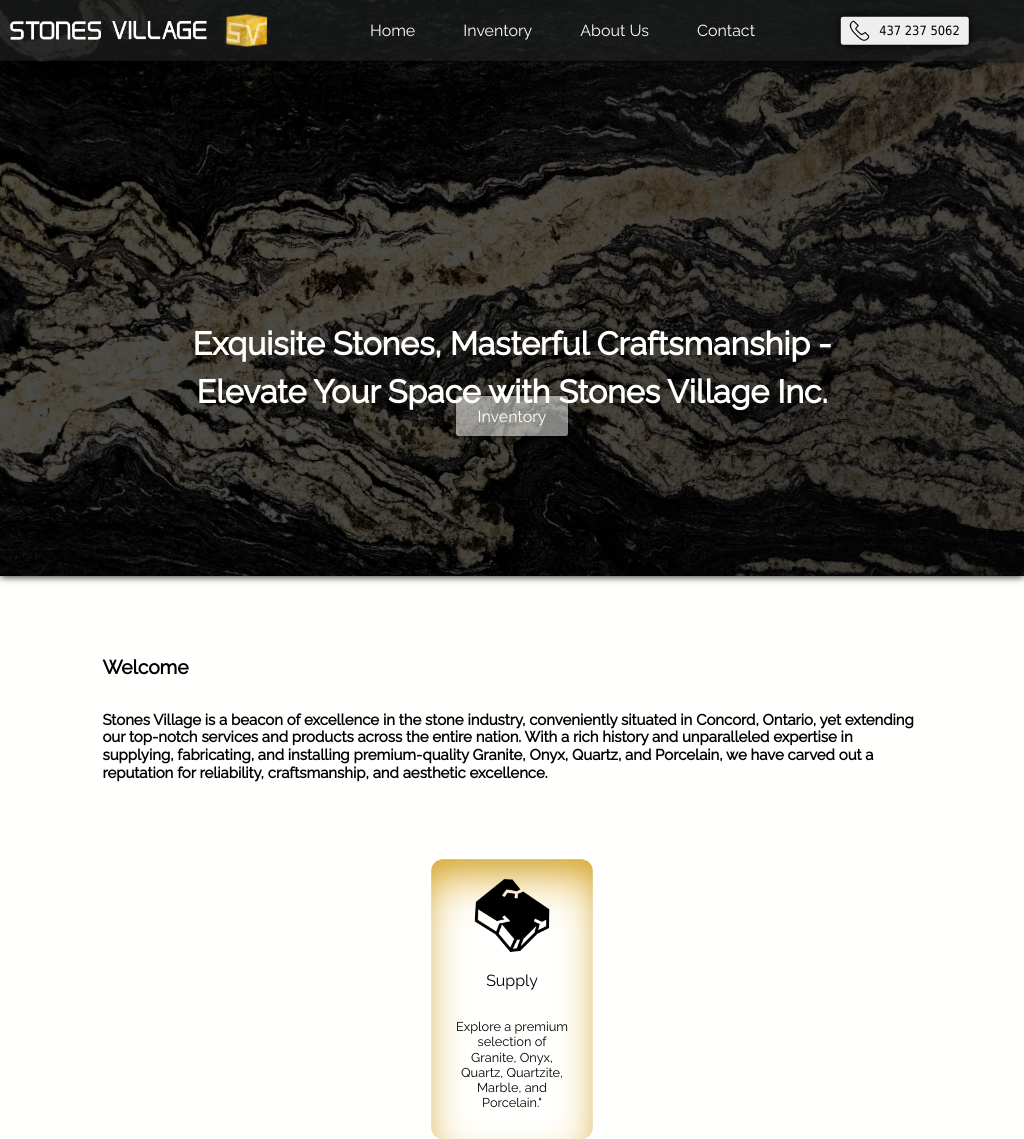
Repository: shayanabedi98/Stones-Village
Page: index.html
An editor plug-in stored every save of this project. The page is shown before and after the next save, followed by the edit.
The browser window is 1280 px wide. The pictures show the whole page, at 80% of full size.
Backgrounds fixed to the window are drawn as part of the page.

Above is the page before, as saved 2023-10-22 16:44:07.

### index.html
<!DOCTYPE html>
<html lang="en">
<head>
    <meta charset="UTF-8">
    <meta name="viewport" content="width=device-width, initial-scale=1.0">
    <title>Stones Village | Home</title>
    <link rel="preconnect" href="https://fonts.googleapis.com">
    <link rel="preconnect" href="https://fonts.gstatic.com" crossorigin>
    <link href="https://fonts.googleapis.com/css2?family=Raleway&display=swap" rel="stylesheet">
    <link rel="stylesheet" href="styles.css">
</head>
<body>
    <div class="grid-container">
        <div class="navbar">
            <div class="logo">
                <img id="logo-name" src="./resources/sv-name.png" alt="Company name">
                <img id="logo-cube" src="./resources/sv-cube.png" alt="Company logo">
            </div>
            <div class="navbar-menu">
                <ul>
                    <li><a href="./">Home</a></li>
                    <li><a href="./inventory">Inventory</a></li>
                    <li><a href="./about-us">About Us</a></li>
                    <li><a href="./contact">Contact</a></li>
                </ul>
            </div>
            <div class="navbar-tel">
                <button><a href="tel:+14372375062">
                    <img src="./resources/telephone-svgrepo-com.png" alt="Contact By Number">
                    437 237 5062
                </a></button>
            </div>
        </div>
        <div class="banner">
            <!-- Background Image -->
        </div>
        <div class="banner-overlay">
            <h1>Exquisite Stones, Masterful Craftsmanship - Elevate Your Space with Stones Village Inc.</h1>
            <button>Inventory</button>
        </div>
        <div class="services-container">
            <h2>Welcome</h2>
            <h3>Stones Village is a beacon of excellence in the stone industry, conveniently situated in Concord, Ontario, yet extending our top-notch services and products across the entire nation. With a rich history and unparalleled expertise in supplying, fabricating, and installing premium-quality Granite, Onyx, Quartz, and Porcelain, we have carved out a reputation for reliability, craftsmanship, and aesthetic excellence.</h3>
            <div class="card-container">
                <div class="card">
                    <img src="./resources/stone-tablet-svgrepo-com.png" alt="Icon of Stone Slab">
                    <div class="card-text">
                        <p class="card-name">Supply</p>
                        <p class="card-description">Explore a premium selection of Granite, Onyx, Quartz, Quartzite, Marble, and Porcelain."</p>
                    </div>
                </div>
            </div>

            <!-- Free Quotations
Stonica Group Inc. offers no-obligation, comprehensive quotes for all project sizes. Our experts provide a detailed cost estimate, ensuring transparency and no hidden charges.


Measurements
We use advanced tools for precise project measurements, considering the environment and potential challenges to ensure seamless integration of our fabrications into your space.


Fabrication
Our high-quality fabrication service is handled by a skilled team and cutting-edge facilities. We handle various materials and complexities, ensuring the finished product meets the highest industry standards.


Installation
Our trained professionals carry out careful and precise installations. We also perform comprehensive checks post-installation, ensuring a perfect fit and function. Your satisfaction is our ultimate goal. -->
        </div>
    </div>
    <script src="./index.js"></script>
</body>
</html>

### styles.css
body {
    background-color: #FFFFFE;
    color: #000000;
    font-family: 'Raleway', sans-serif;
    margin: 0;
    padding: 0;
}

.navbar {
    display: grid;
    grid-template-columns: 0.5fr 1fr 0.5fr;
    background-color: rgba(29, 31, 31, 0.7);
    box-shadow: 0 0 5px 0 rgb(0, 0, 0);
    padding: 10px;
    position: fixed;
    width: 100%;
    z-index: 1;
}

.logo {
    display: flex;
    align-items: center;
    justify-content: center;
}

#logo-cube {
    height: 42px;
    margin-left: 20px;
    cursor: pointer;
}

#logo-name {
    height: 28px;
    cursor: pointer;
}

.navbar-menu {
    display: grid;
    align-items: end;
}

.navbar-menu ul {
    display: flex;
    align-content: center;
    justify-content: center;
    list-style-type: none;
}

.navbar-menu a {
    text-decoration: none;
    color: #FFFFFE;
    font-size: 20px;
    margin-left: 60px;
}

.navbar-menu a:hover {
    color: #E0B739;
    transition: 0.3s;
    border-bottom: 8px solid #E0B739;
}

.navbar-menu a:not(:hover) {
    color: #FFFFFE;
    border-bottom: 0px;
    transition: 0.3s;
}

.navbar-tel {
    display: flex;
    justify-content: center;
    align-items: center;
}

.navbar-tel button {
    height: 35px;
    width: 160px;
    border: none;
    border-radius: 3px;
    box-shadow: 0 0 10px 0 rgb(0, 0, 0);
}

.navbar-tel img {
    height: 25px;
    margin-right: 12px;
}

.navbar-tel a {
    text-decoration: none;
    color: black;
    font-family: Tahoma, Verdana, sans-serif;
    font-size: 16px;
    display: flex;
    align-items: center;
    justify-content: center;
}

.banner {
    background-attachment: fixed;
    height: 100vh;
    background-size: 2100px;
    background-repeat: no-repeat;
    background-position: 0 -400px;
    transition: opacity 1s ease-in-out, background-size 0s, background-position 0s;
}

.banner-overlay {
    background-color: rgba(0, 0, 0, 0.7);
    box-shadow: 0 0 10px 0 black;
    display: grid;
    grid-template-rows: 0.8fr 1fr;
    justify-items: center;
    align-items: center;
    text-align: center;
    position: absolute;
    height: 100vh;
    width: 100%;
    top: 0;
}

.banner-overlay h1 {
    margin: 0;
    color: #FFFFFE;
    position: relative;
    font-size: 40px;
    top: 300px;
    width: 70%;
    line-height: 60px;
}

.banner-overlay button {
    font-family: 'Raleway', sans-serif;
    background-color: rgba(255, 255, 254, 0.5);
    color: white;
    border: none;
    border-radius: 3px;
    font-size: 20px;
    width: 140px;
    height: 50px;
    box-shadow: 0 0 2px 0 black;
    cursor: pointer;
}

.banner-overlay button:hover {
    box-shadow: 0 0 15px 0 black;
    background-color: rgb(224, 183, 57);
    transition: 0.3s;
}

.banner-overlay button:not(:hover) {
    box-shadow: 0 0 5px 0 black;
    transition: 0.3s;
}

.services-container {
    display: grid;
    justify-items: center;
    margin-top: 80px;
}

.services-container h2, h3 {
    width: 80%;
}

.card-container {
    display: grid;
    width: 100%;
    justify-items: center;
    margin-top: 80px;
}

.card {
    width: 15%;
    display: grid;
    justify-items: center;
    border-radius: 15px;
    box-shadow: #DEAB27 0px 30px 60px -12px inset, rgba(0, 0, 0, 0.3) 0px 18px 36px -18px inset;
    padding: 20px 5px;
}

.card img {
    height: 100px;
}

.card-text {
    display: grid;
    text-align: center;
    justify-items: center;
}

.card-name {
    font-size: 20px;
}

.card-description {
    width: 75%;
}

### index.js
const banner = document.querySelector('.banner');
const bannerImg = ['./resources/aaron-huber-G7sE2S4Lab4-unsplash.jpg', './resources/black-marble-texture2-min2.jpg', './resources/engin-akyurt-m555vEfryhE-unsplash.jpg', './resources/marble-2398956_1920.jpg'];
let bannerImgIndex = 0;
const logoName = document.querySelector('#logo-name');
const logoCube = document.querySelector('#logo-cube');
const navbar = document.querySelector('.navbar');

logoCube.addEventListener('click', () => {
    window.location.replace('./')
})

logoCube.addEventListener('mouseover', () => {
    navbar.style.backgroundColor = 'rgba(224, 183, 57,0.3)'
    navbar.style.transition = '4s'
})

logoCube.addEventListener('mouseout', () => {
    navbar.style.backgroundColor = 'rgba(29, 31, 31, 0.7)'
    navbar.style.transition = '2s'
})

logoName.addEventListener('click', () => {
    window.location.replace('./')
})

logoName.addEventListener('mouseover', () => {
    navbar.style.backgroundColor = 'rgba(224, 183, 57,0.3)'
    navbar.style.transition = '4s'
})

logoName.addEventListener('mouseout', () => {
    navbar.style.backgroundColor = 'rgba(29, 31, 31, 0.7)'
    navbar.style.transition = '2s'
})

const bannerImgChanger = () => {
    banner.style.opacity = '0'
    bannerImgIndex = (bannerImgIndex + 1) % bannerImg.length;
    banner.style.background = `url(${bannerImg[bannerImgIndex]})`;

    if (bannerImgIndex === 0) {
        banner.style.backgroundSize = '2100px';
        banner.style.backgroundPosition = '0 -400px'
        banner.style.backgroundAttachment = 'fixed';
        banner.style.opacity = '1'
        banner.style.transition = 'opacity 1s ease-in, background-size 0s, background-position 0s;';
        setTimeout(() => {
            banner.style.opacity = '0'
        }, 7000)

    } else if (bannerImgIndex === 1) {
        banner.style.backgroundSize = '2000px';
        banner.style.backgroundAttachment = 'fixed';
        banner.style.opacity = '1'
        banner.style.transition = 'opacity 1s ease-in, background-size 0s, background-position 0s;';
        setTimeout(() => {
            banner.style.opacity = '0'
        }, 7000)

    } else if (bannerImgIndex === 2) {
        banner.style.backgroundAttachment = 'fixed';
        banner.style.opacity = '1'
        banner.style.transition = 'opacity 1s ease-in, background-size 0s, background-position 0s;';
        setTimeout(() => {
            banner.style.opacity = '0'
        }, 7000)
    } else if (bannerImgIndex === 3) {
        banner.style.backgroundAttachment = 'fixed';
        banner.style.opacity = '1'
        banner.style.transition = 'opacity 1s ease-in, background-size 0s, background-position 0s;';
        setTimeout(() => {
            banner.style.opacity = '0'
        }, 7000)
    }
};

bannerImgChanger();

setInterval(bannerImgChanger, 8000)

After the next save:
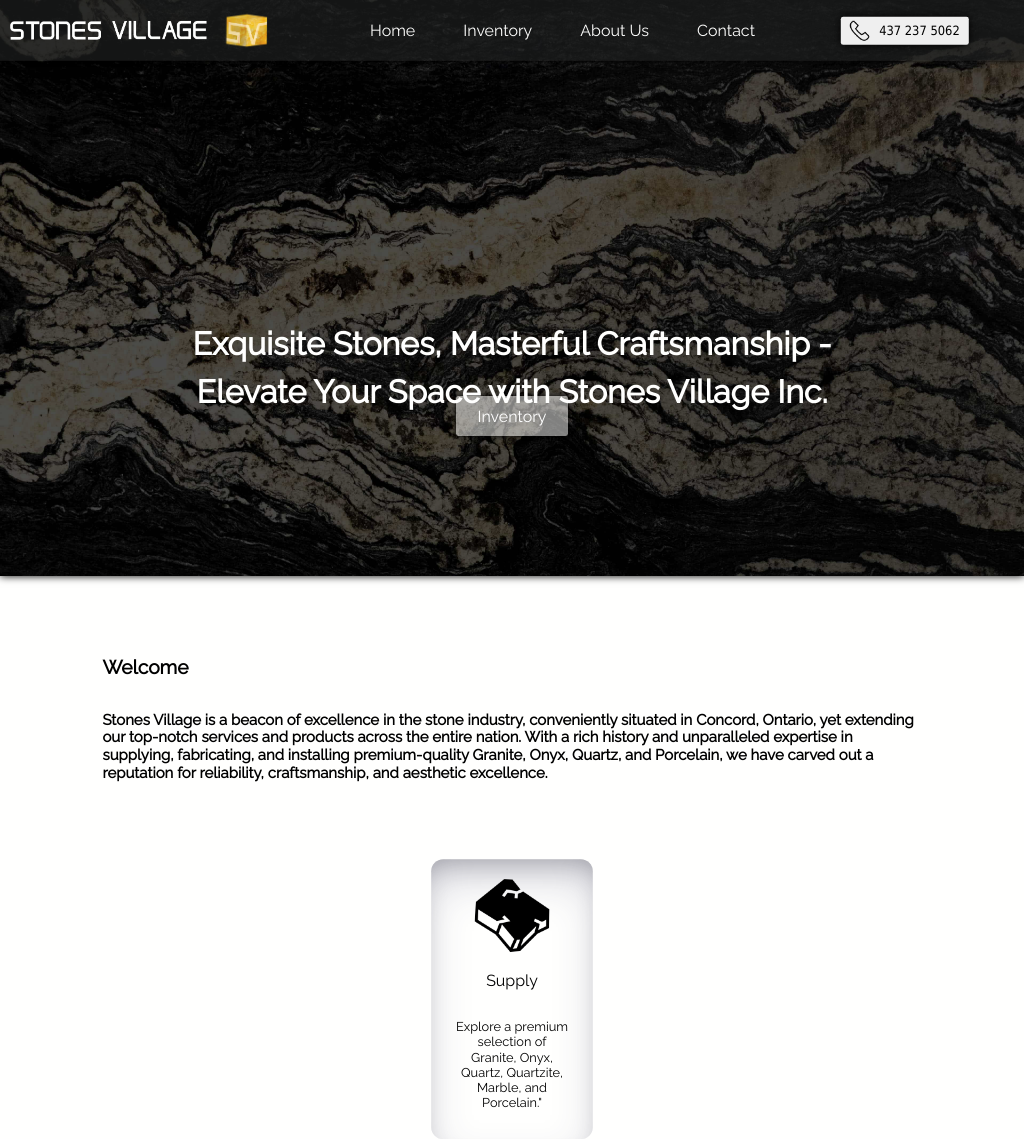
Saved 11 s later.
--- a/styles.css
+++ b/styles.css
@@ -173,7 +173,7 @@ body {
     display: grid;
     justify-items: center;
     border-radius: 15px;
-    box-shadow: #DEAB27 0px 30px 60px -12px inset, rgba(0, 0, 0, 0.3) 0px 18px 36px -18px inset;
+    box-shadow: rgba(50, 50, 93, 0.25) 0px 30px 60px -12px inset, rgba(0, 0, 0, 0.3) 0px 18px 36px -18px inset;
     padding: 20px 5px;
 }
 
